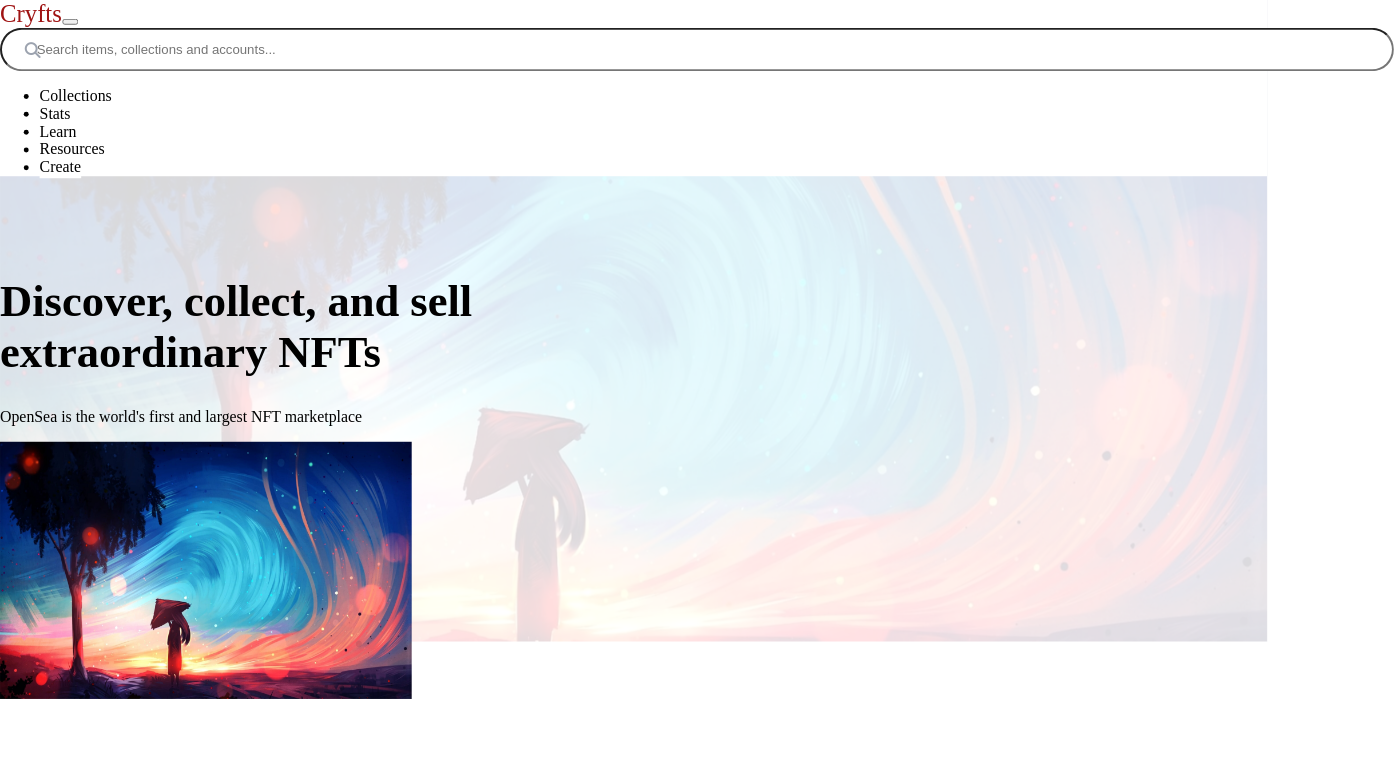
Repository: Huzaifa-2609/opensea_project
Page: /
The author's editor kept a copy of each file at every save. The page is drawn from the files as they stood at one save, then again after the next save.
The browser window is 1280 px wide. The page is 1408 px wide, so the pictures cover 1408 px, including what lies to the right of the window. The pictures show the whole page, at 99% of full size.
Some web libraries are served in a nearby version. The project was rebuilt for these pictures with package versions that can differ from the ones it lists, and the page was loaded fresh each time. The framework's server and built-in components were replaced by stand-ins that run in the browser. Also part of the build but not shown: next.config.js, styles/Home.module.css.

Above is the page before, as saved 2022-07-09 18:59:54.

After the next save:
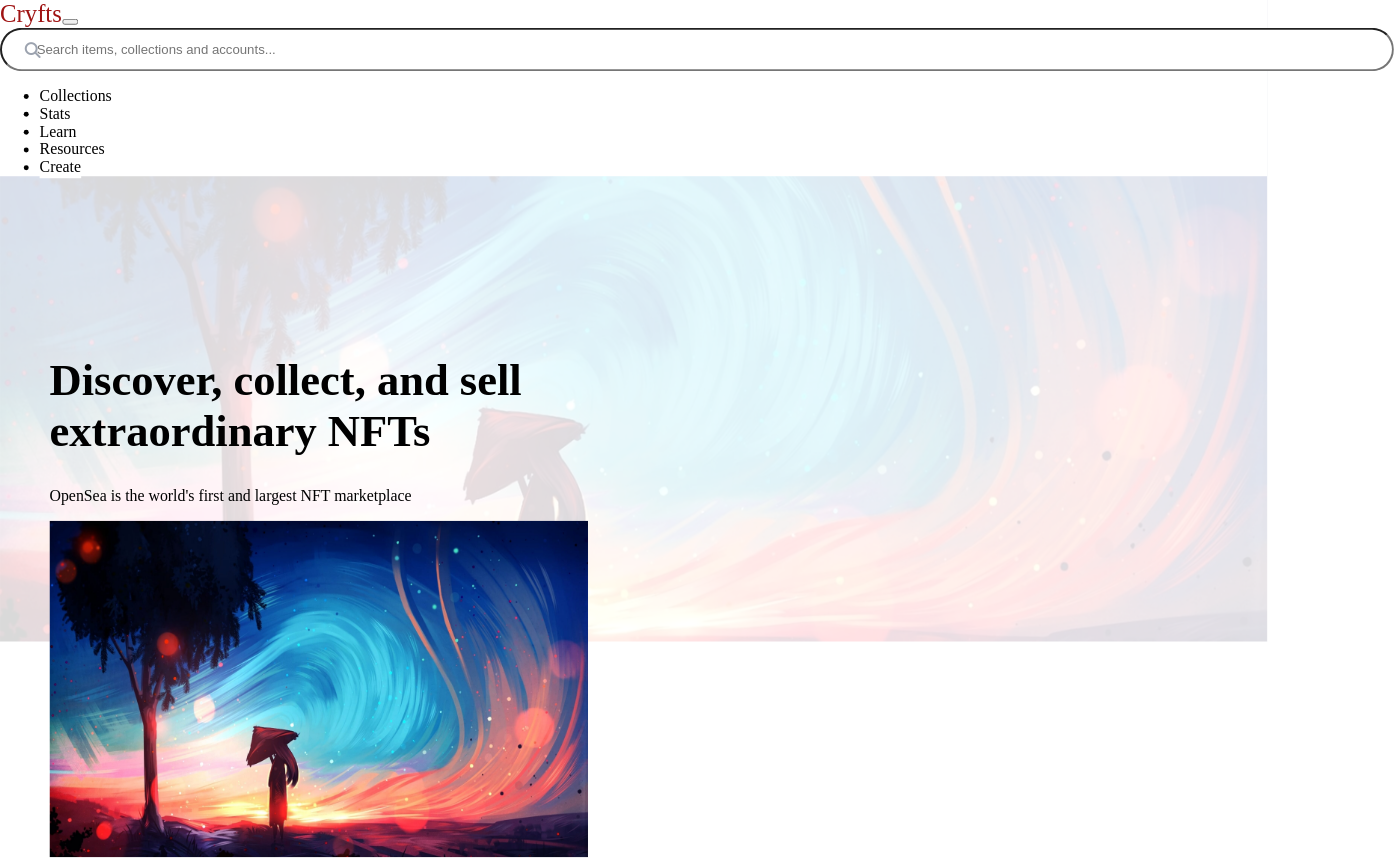
Saved 58 s later.
--- a/components/Hero.js
+++ b/components/Hero.js
@@ -4,9 +4,10 @@ import img from "../public/nftbg.jpg";
 
 const Hero = () => {
   const style = {
-    background: img,
     marginTop: "100px",
-    height:"70vh"
+    height:"70vh",
+    padding:"50px"
+
   };
   return (
     <>
@@ -19,7 +20,7 @@ const Hero = () => {
             </p>
           </div>
         </div>
-        <div className="card mb-3 border-0 " style={{ width: "26rem"}}>
+        <div className="card mb-3 border-0 " style={{ width: "34rem"}}>
           <Image src={img} className="card-img-top" alt="..." style={{ height:"34rem"}} />
           {/* <div className="card-body">
             <h1 className="card-title">Discover, collect, and sell extraordinary NFTs</h1>
